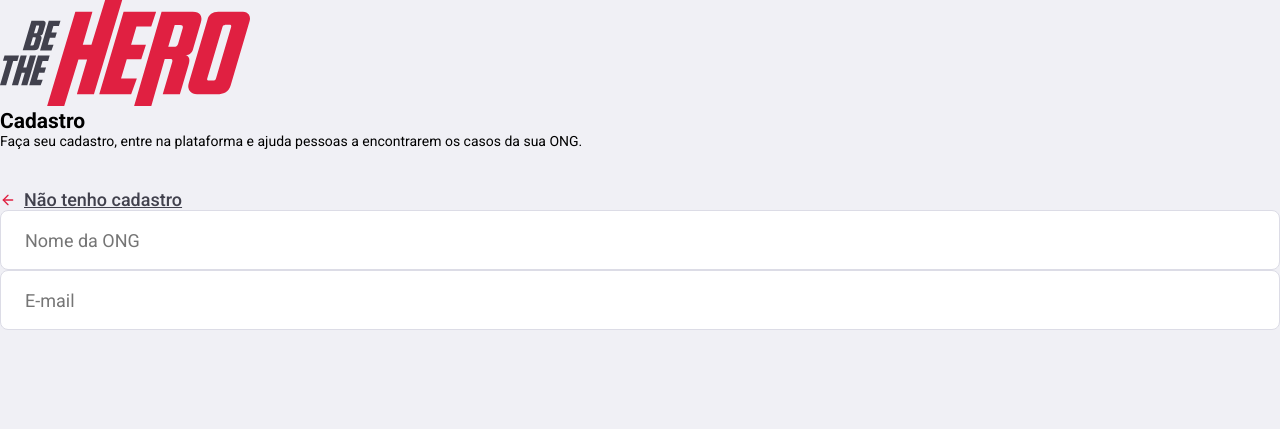
Repository: s7Thiago/semana-omnistack-11.0
Page: /register (app in front-end/)
An editor plug-in stored every save of this project. The page is shown before and after the next save, followed by the edit.
The browser window is 1280 px wide. The pictures show the whole page.
The project was rebuilt for these pictures with package versions that can differ from the ones it lists, and the page was loaded fresh each time. Also part of the build but not shown: front-end/src/pages/Logon/styles.css, front-end/src/pages/Logon/index.js, front-end/src/pages/Register/styles.css.

Above is the page before, as saved 2020-03-26 22:25:09.

After the next save:
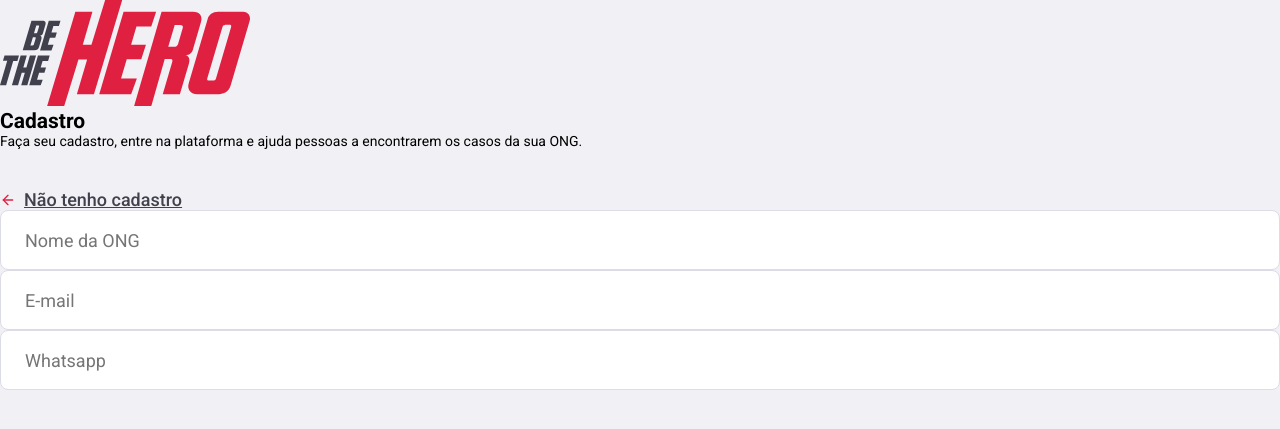
Saved 29 s later.
--- a/front-end/src/pages/Register/index.js
+++ b/front-end/src/pages/Register/index.js
@@ -25,6 +25,7 @@ export default function Register() {
                 <form>
                     <input placeholder="Nome da ONG" />
                     <input type="email" placeholder="E-mail" />
+                    <input placeholder="Whatsapp" />
                 </form>
             </div>
         </div>
